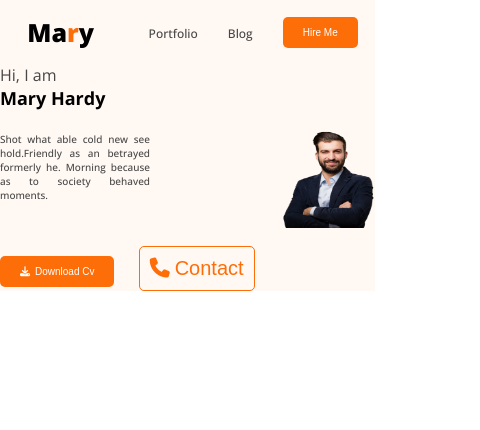
Repository: nahid-hasann/website-1
Page: index.html
An editor plug-in stored every save of this project. The page is shown before and after a run of saves, followed by the edit.
The browser window is 375 px wide. The page is 375 px wide, then 480 px, so the pictures cover 480 px, including what lies to the right of the window. The pictures show the whole page.

Above is the page before, as saved 2025-07-16 12:31:59.

After the next 2 saves:
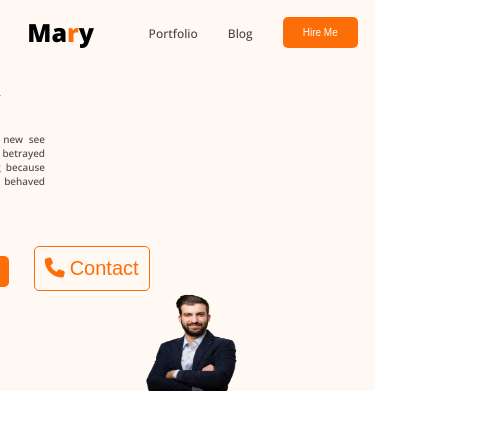
The 2 saves are shown as one change because they came seconds apart.
The last was saved 7 s later.
--- a/style.css
+++ b/style.css
@@ -397,7 +397,7 @@ max-width: 100%;
 
 .banner{
     margin: 0;
-    display: ;
+    flex-direction: column;
 }
 
 .banner-img{
